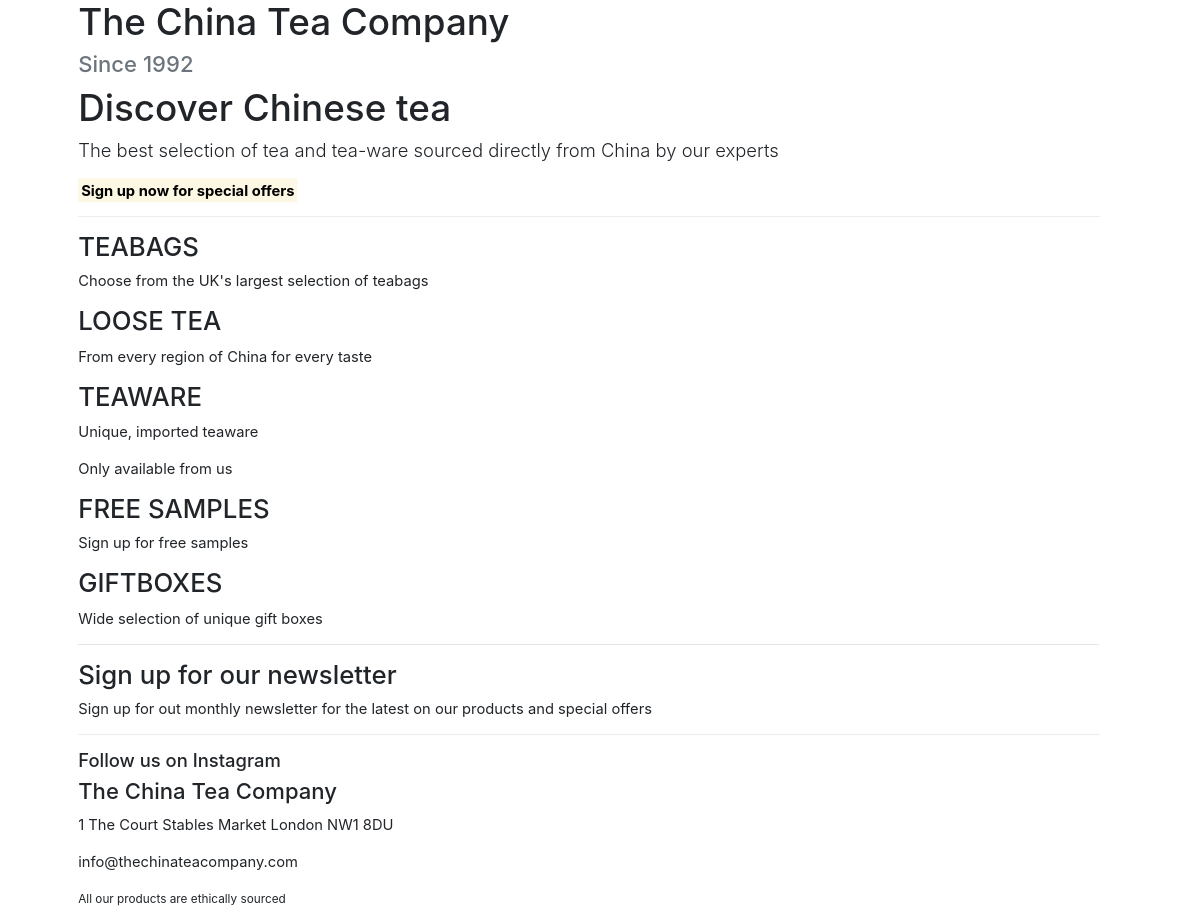
Repository: Code-Institute-Submissions/china-tea
Page: index.html
The author's editor kept a record of every edit. The page is drawn from the files as they stood at one moment, then again after the next edit.
The browser window is 1280 px wide. The pictures show the whole page, at 92% of full size.

Above is the page before.

### index.html
<!DOCTYPE html>
<html lang="en">

<head>
    <meta charset="UTF-8">
    <meta name="viewport" content="width=device-width, initial-scale=1.0">
    <meta http-equiv="X-UA-Compatible" content="ie=edge">
    <link rel="stylesheet" href="https://stackpath.bootstrapcdn.com/bootstrap/4.3.1/css/bootstrap.min.css" integrity="sha384-ggOyR0iXCbMQv3Xipma34MD+dH/1fQ784/j6cY/iJTQUOhcWr7x9JvoRxT2MZw1T" crossorigin="anonymous">
    <link rel="stylesheet" href="style.css" type="text/css" />
    <title>China Tea Company | Buy specially imported tea, tea-ware and gift boxes</title>
</head>

<body>

    <article class="container">

        <!----Callout-----!>

        <section class="callout">
        <h1>The China Tea Company</h1>
        <h4 class="text-muted">Since 1992</h4>

        <h1>Discover Chinese tea</h1>

         <p class="lead">The best selection of tea and tea-ware sourced directly from China by our experts</p>
        <p><strong><mark>Sign up now for special offers</strong></mark></p>


        </section>

        <hr>

        <!----/.Callout-----!>

        <!-----Purchase------!>

         <section class="purchases">
         <div class="purchases">
         <h3 class="text-uppercase">Teabags</h3>
         <p>Choose from the UK's largest selection of teabags</p>
         </div>

         <div class="loosetea">
         <h3 class="text-uppercase">Loose Tea</h3>
         <p>From every region of China for every taste</p>
         </div>

         <div class="teaware">
         <h3 class="text-uppercase">Teaware</h3>
         <p>Unique, imported teaware</p>
         <p>Only available from us</p>
         </div>

         <div class="freesamples">
         <h3 class="text-uppercase">Free Samples</h3>
         <p>Sign up for free samples</p>
         </div>

         <div class="giftboxes">
         <h3 class="text-uppercase">Giftboxes</h3>
         <p>Wide selection of unique gift boxes</p>
         </div>


         </section>

         <hr>

        <!-----/.purchase-------!>

        <!------newsletter jumbotron-----!>

        <section class="newsletter">

        <h3>Sign up for our newsletter</h3>
        <p>Sign up for out monthly newsletter for the latest on our products and special offers</p>



        </section>

          <!-------/.newsletter jumbotron-----!>

          <!------Instagram and address------!>
          <hr>
          <section class="instagram">
          <h5>Follow us on Instagram</h5>

          <h4>The China Tea Company</h4>
          <p>1 The Court Stables Market London NW1 8DU</p>
          <p>info@thechinateacompany.com</p>

          </section>

        <!--------/.Instagram and address-----!>

        <!-------footer-----!>

        <p><small>All our products are ethically sourced</small></p>




    </article>


</body>

</html>

Loaded but not shown: style.css (empty)

After the next edit:
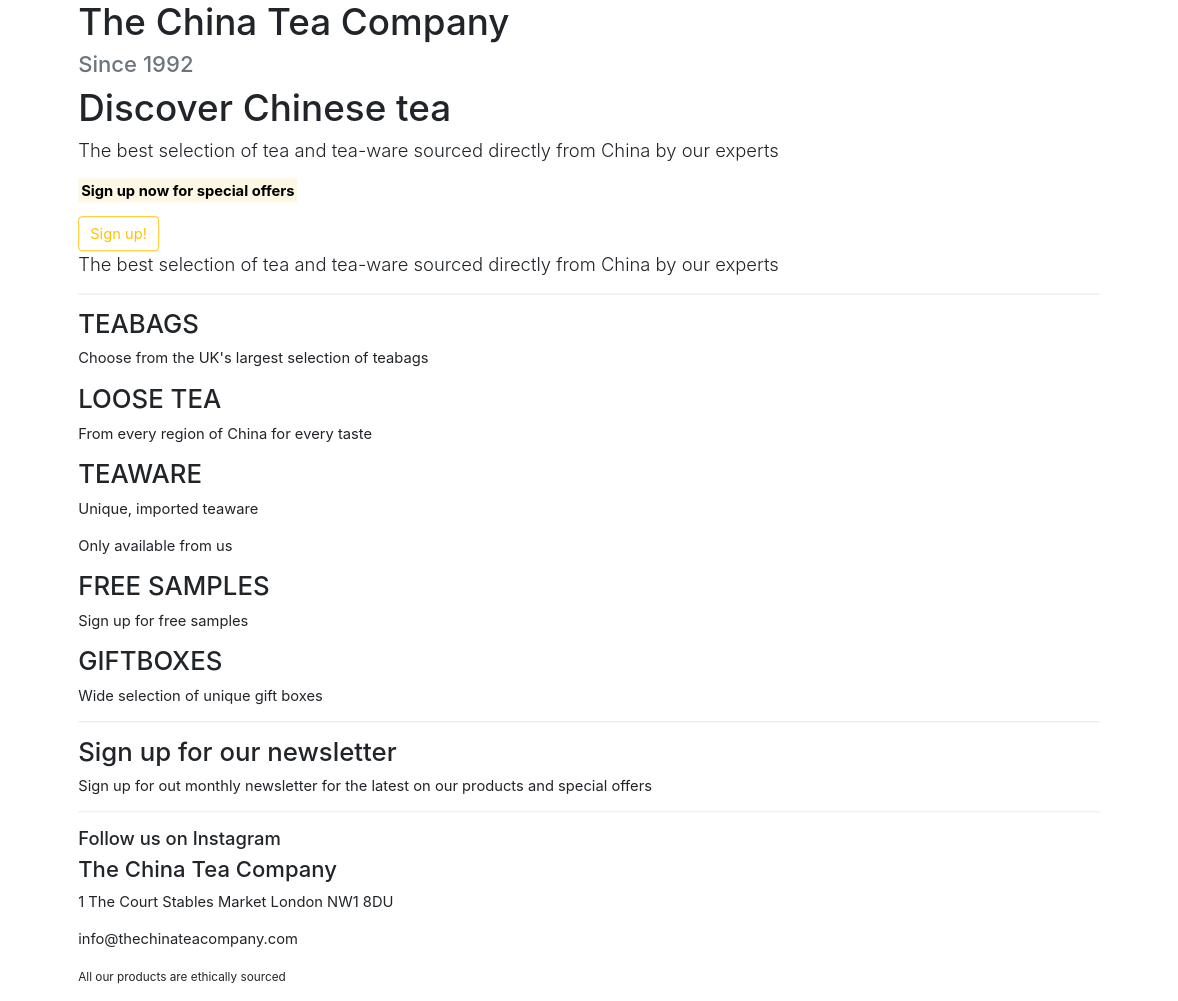
The edit:
--- a/index.html
+++ b/index.html
@@ -24,7 +24,9 @@
 
          <p class="lead">The best selection of tea and tea-ware sourced directly from China by our experts</p>
         <p><strong><mark>Sign up now for special offers</strong></mark></p>
+     <button type="button" class="btn btn-outline-warning">Sign up!</button>
 
+         <p class="lead">The best selection of tea and tea-ware sourced directly from China by our experts</p>
 
         </section>
 
